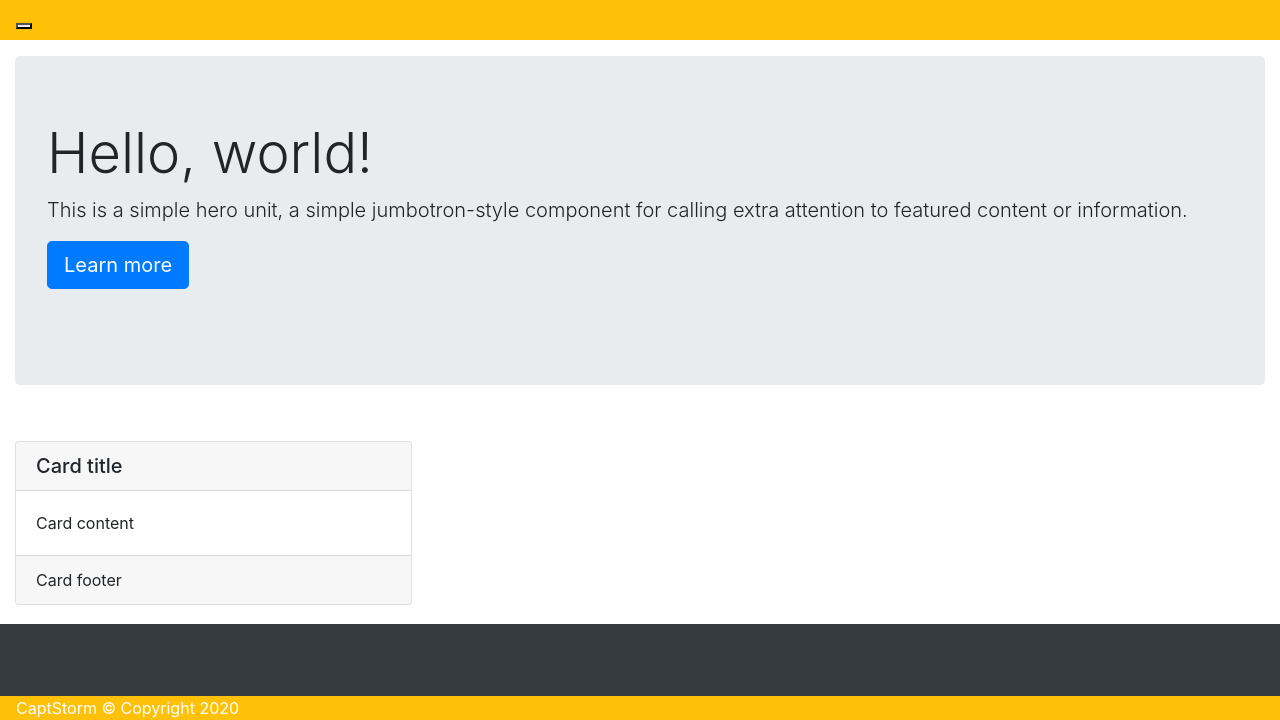
Repository: CaptainStorm21/complete-react16-bootstrap-passing-props
Page: /
An editor plug-in stored every save of this project. The page is shown before and after a run of saves, followed by the edit.
The browser window is 1280 px wide. The pictures show the whole page.
The project was rebuilt for these pictures with package versions that can differ from the ones it lists, and the page was loaded fresh each time.

Above is the page before, as saved 2020-04-23 13:58:20.

### public/index.html
<!DOCTYPE html>
<html lang="en">
<head>
  <title>Bootstrap Example</title>
  <meta charset="utf-8">
  <meta name="viewport" content="width=device-width, initial-scale=1">
  <link rel="stylesheet" href="https://maxcdn.bootstrapcdn.com/bootstrap/4.4.1/css/bootstrap.min.css">
  <script src="https://ajax.googleapis.com/ajax/libs/jquery/3.4.1/jquery.min.js"></script>
  <script src="https://cdnjs.cloudflare.com/ajax/libs/popper.js/1.16.0/umd/popper.min.js"></script>
  <script src="https://maxcdn.bootstrapcdn.com/bootstrap/4.4.1/js/bootstrap.min.js"></script>
</head>
<body>
<div id="root"></div>

</body>
</html>

### src/index.js
import React from 'react';
import ReactDOM from 'react-dom';
import './style.css';
import App from './App';
import * as serviceWorker from './serviceWorker';


ReactDOM.render(
  <React.StrictMode>
    <App />
  </React.StrictMode>,
  document.getElementById('root')
);

// If you want your app to work offline and load faster, you can change
// unregister() to register() below. Note this comes with some pitfalls.
// Learn more about service workers: https://bit.ly/CRA-PWA
serviceWorker.unregister();

### src/style.css




body {
  margin: 0;
  font-family: -apple-system, BlinkMacSystemFont, 'Segoe UI', 'Roboto', 'Oxygen',
    'Ubuntu', 'Cantarell', 'Fira Sans', 'Droid Sans', 'Helvetica Neue',
    sans-serif;
  -webkit-font-smoothing: antialiased;
  -moz-osx-font-smoothing: grayscale;
}

.footer {
  position: absolute;
  bottom: 0;
  width: 100%;
  height: 60px; /* Set the fixed height of the footer here */
  line-height: 60px; /* Vertically center the text there */
  background-color: purple;
}

### src/App.js
import React from "react";
import Main from "./components/Main";
import ContanerCard from "./components/ContainerCard";

import Header from "./components/layout/Header";
import Footer from "./components/layout/Footer";

function App() {
  return (
    <div>
      <Header />
      <div classNameName="container-fluid">
        <div className="col-lg-12 py-3">
          <Main />
        </div>
        <div className="container-fluid">
          <div className="row">
            <ContanerCard />
          </div>
        </div>
        <Footer />
      </div>
    </div>
  );
}

export default App;

### src/components/Main.js
import React from "react";

function Main() {
  return (
    <div className="jumbotron">
      <h1 className="display-4">Hello, world!</h1>
      <p className="lead">
        This is a simple hero unit, a simple jumbotron-style component for
        calling extra attention to featured content or information.
        <p className = "py-3">
        <a className="btn btn-primary btn-lg" href="#" role="button">
          Learn more
        </a>
        </p>
      </p>
    </div>
  );
}

export default Main;

### src/components/ContainerCard.js
import React from "react";

function ContainerCard() {
  return (
    <div className="col-md-4 col-lg-4 py-2">
    <div className="card">
      <h5 className="card-header">Card title</h5>
      <div className="card-body">
        <p className="card-text">Card content</p>
      </div>
      <div className="card-footer">Card footer</div>
    </div>
    </div>
  );
}

export default ContainerCard;

### src/components/layout/Header.js
import React from "react";
import Navbar from "./Navbar";

function Header() {
  return (
    <nav className = "navbar navbar-default bg-warning" role="navigation">
              <Navbar />
    </nav>
  );
}

export default Header;

### src/components/layout/Footer.js
import React from "react";

function Footer() {
  return (
    <footer className="bg-dark py-5 fixed-bottom ">
      <div className="container"></div>
      <div className="container-fluid">
        <div className="row bg-info">
        <div className="bg-warning fixed-bottom">
          <span className="p-3 text-white">
            CaptStorm &copy; Copyright 2020
          </span>
        </div>        </div>
      </div>
    </footer>
  );
}

export default Footer;

### src/components/layout/Navbar.js
import React from "react";
import "./Nav.css";

function Navbar() {
  return (
    <>
    <div className="navbar-header">
    <button type="button" className="navbar-toggle" data-toggle="collapse" data-target=".navbar-collapse">
      <span className="icon-bar"></span>
      <span className="icon-bar"></span>
      <span className="icon-bar"></span>
    </button>
  </div>
  <div className="navbar-collapse collapse">
    <ul className="nav navbar-nav">
      <li className="navbar-left"><a href="#">Left 1</a></li>
      <li className="navbar-left"><a href="#">Left 2</a></li>
      <li className="active"><a href="#">Center 1</a></li>
      <li><a href="#">Center 2</a></li>
      <li><a href="#">Center 3</a></li>
      <li className="navbar-right"><a href="#">Right 1</a></li>
      <li className="navbar-right"><a href="#">Right 2</a></li>
    </ul>
  </div>
  </>
)
}

export default Navbar;

### src/components/layout/Nav.css
@media (min-width: 768px) {
    .navbar-nav {
      width: 100%;
      text-align: center;
    }
    .navbar-nav > li {
      float: none;
      display: inline-block;
    }
    .navbar-nav > li.navbar-right {
      float: right !important;
    }
  }

Loaded but not shown: src/serviceWorker.js (common file)

After the next 2 saves:
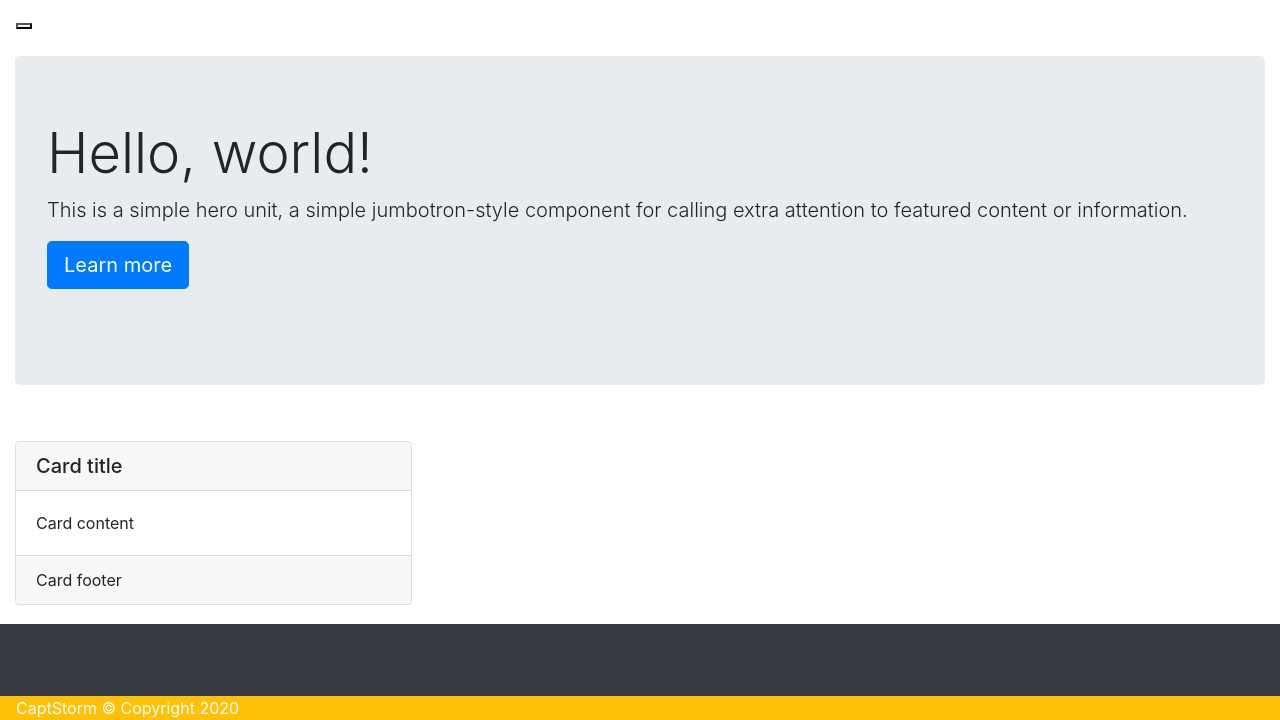
The 2 saves are shown as one change because they came seconds apart.
The last was saved 27 s later.
--- a/src/components/layout/Header.js
+++ b/src/components/layout/Header.js
@@ -3,7 +3,7 @@
 
 function Header() {
   return (
-    <nav className = "navbar navbar-default bg-warning" role="navigation">
+<nav className="navbar navbar-default" role="navigation">
               <Navbar />
     </nav>
   );

After the save that followed:
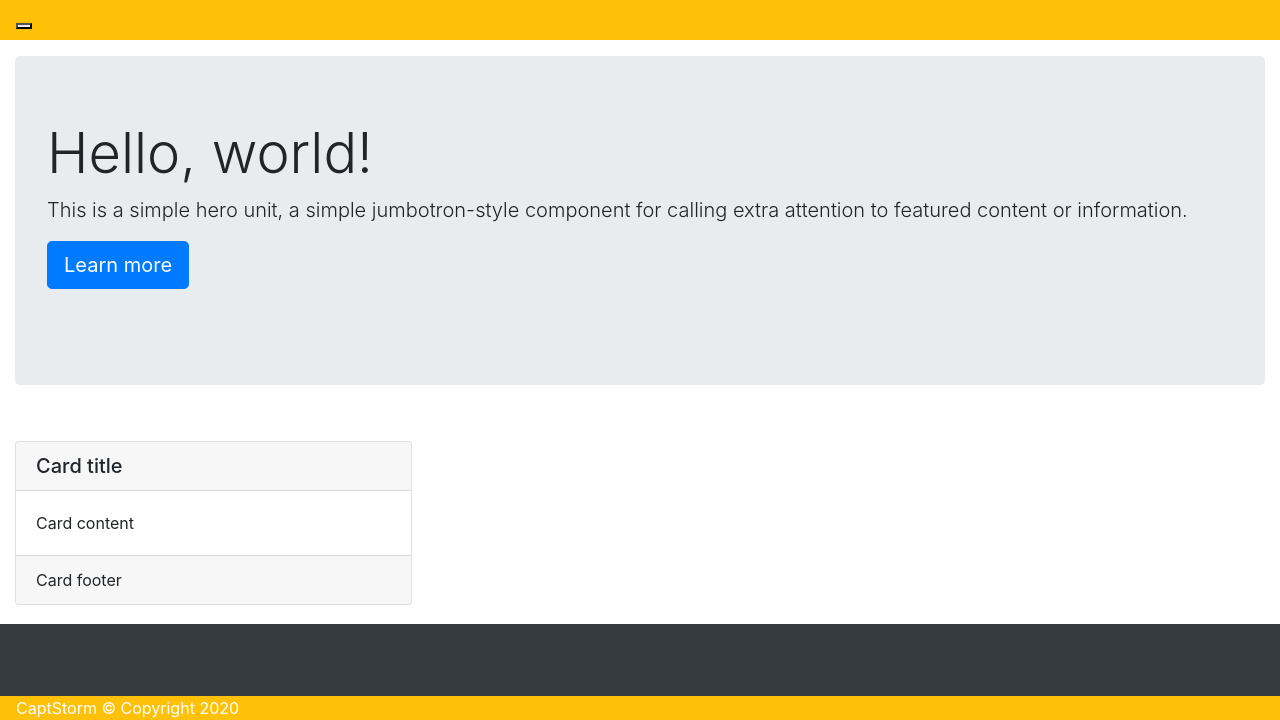
Saved 11 s later.
--- a/src/components/layout/Header.js
+++ b/src/components/layout/Header.js
@@ -3,7 +3,7 @@
 
 function Header() {
   return (
-<nav className="navbar navbar-default" role="navigation">
+<nav className="navbar navbar-default bg-warning" role="navigation">
               <Navbar />
     </nav>
   );
